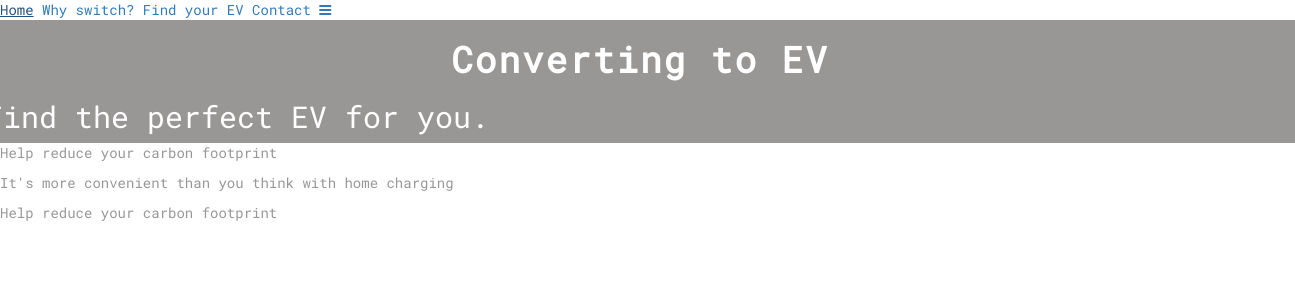
Repository: gnisco/project-2
Page: index.html
The author's editor kept a record of every edit. The page is drawn from the files as they stood at one moment, then again after the next edit.
The browser window is 1280 px wide. The page is 1295 px wide, then 1280 px, so the pictures cover 1295 px, including what lies to the right of the window. The pictures show the whole page.
Some web libraries are served in a nearby version.

Above is the page before.

After the next edit:
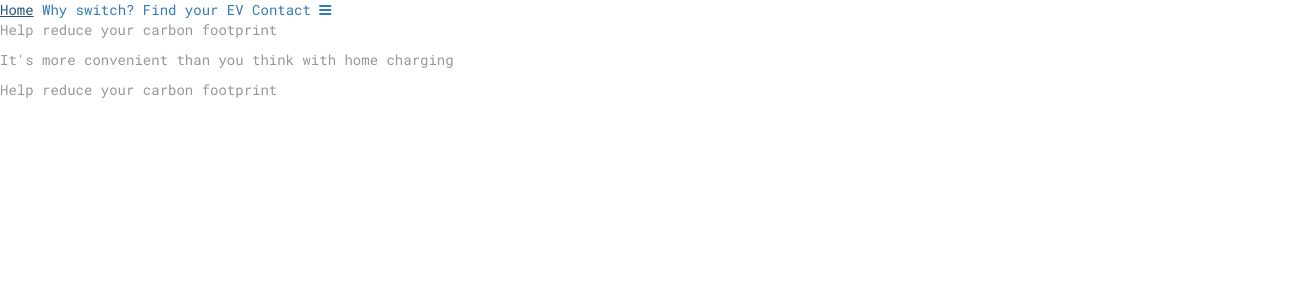
The edit:
--- a/index.html
+++ b/index.html
@@ -21,14 +21,6 @@
                   <i class="fa fa-bars"></i>
                 </a>
             </div>
-            <div class="col">
-                <div class="row bg-color-name-title">
-                    <div class="heading">
-                        <h1 class="title">Converting to EV</h1>
-                        <h2 class="sub-title">Find the perfect EV for you.</h2>
-                    </div>
-                </div>
-            </div>
     </header>
     <section class="container-fluid">
         <div class="row bg-photo">
